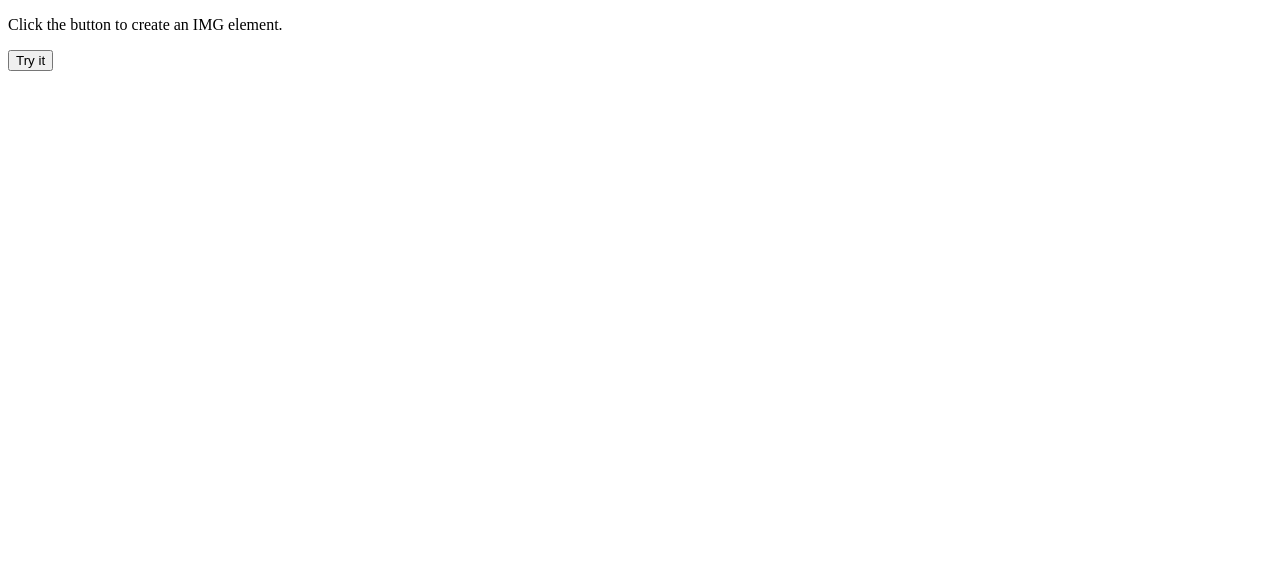
Repository: rashmikagamage/puzzle-vanila-js
Page: index.html
The author's editor kept a copy of each file at every save. The page is drawn from the files as they stood at one save, then again after the next save.
The browser window is 1280 px wide. The pictures show the whole page.

Above is the page before, as saved 2020-08-05 23:08:24.
Console error: SyntaxError: missing ) after argument list

### index.html
<!DOCTYPE html>
<html>

<head>
    <link rel="stylesheet" type="text/css" href="./style.css">
</head>

<body>

    <p>Click the button to create an IMG element.</p>

    <button onclick="myFunction(5)">Try it</button>
    <div class="gridContainer" id="imgContainer"></div>
    <script src="./function.js">
    </script>

</body>

</html>

### style.css
.gridContainer {
    display: grid;
}

### function.js
function myFunction(num) {

    let cellSize = 450 / num + "px";
    let diff = 100 / num;
    let grid = "";
    let row = num;
    let col = num;
    let idCount = 0


    console.log(cellSize)

    for (let i = 0; i < num; i++) {
        grid = grid + cellSize + " ";
    }

    document.getElementById("imgContainer").style.gridTemplateColumns = grid;
    let yPosition = 0;
    for (let i = 0; i < row; i++) {

        let xPosition = 0;
        for (let j = 0; j < col; j++) {

            var x = document.createElement("div");
            x.style.width = cellSize;
            x.style.height = cellSize;
            x.style.border = "solid white 1px"
            x.style.backgroundImage = "url('./chess.jpg')"

            x.style.backgroundPosition = xPosition + "% " + yPosition + "%"
            x.id = "img" + idCount;
            x.draggable = "true";
            x.addEventListener("dragstart()", () => { console.log("a") })
                //x.addEventListener("click","move()")
            document.getElementById("imgContainer").appendChild(x);
            xPosition = xPosition + (100 / (num - 1));
        }
        yPosition = yPosition + (100 / (num - 1));
    }
}

myFunction(5 s);

After the next save:
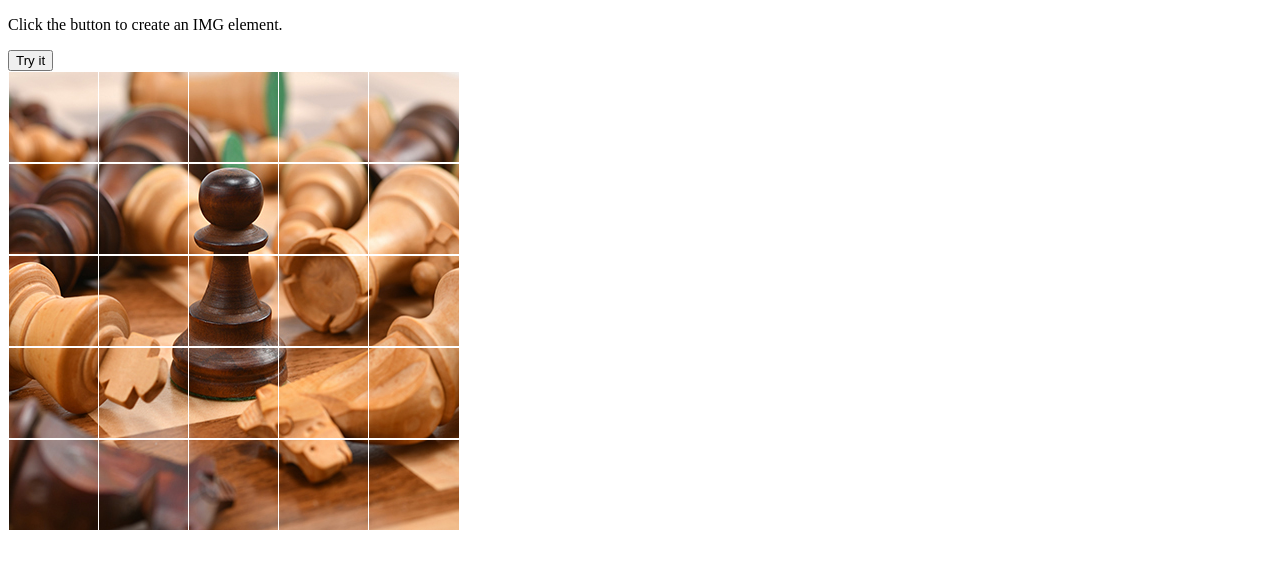
The error is gone.
Saved 4 s later.
--- a/function.js
+++ b/function.js
@@ -39,4 +39,4 @@
     }
 }
 
-myFunction(5 s);
+myFunction(5);
